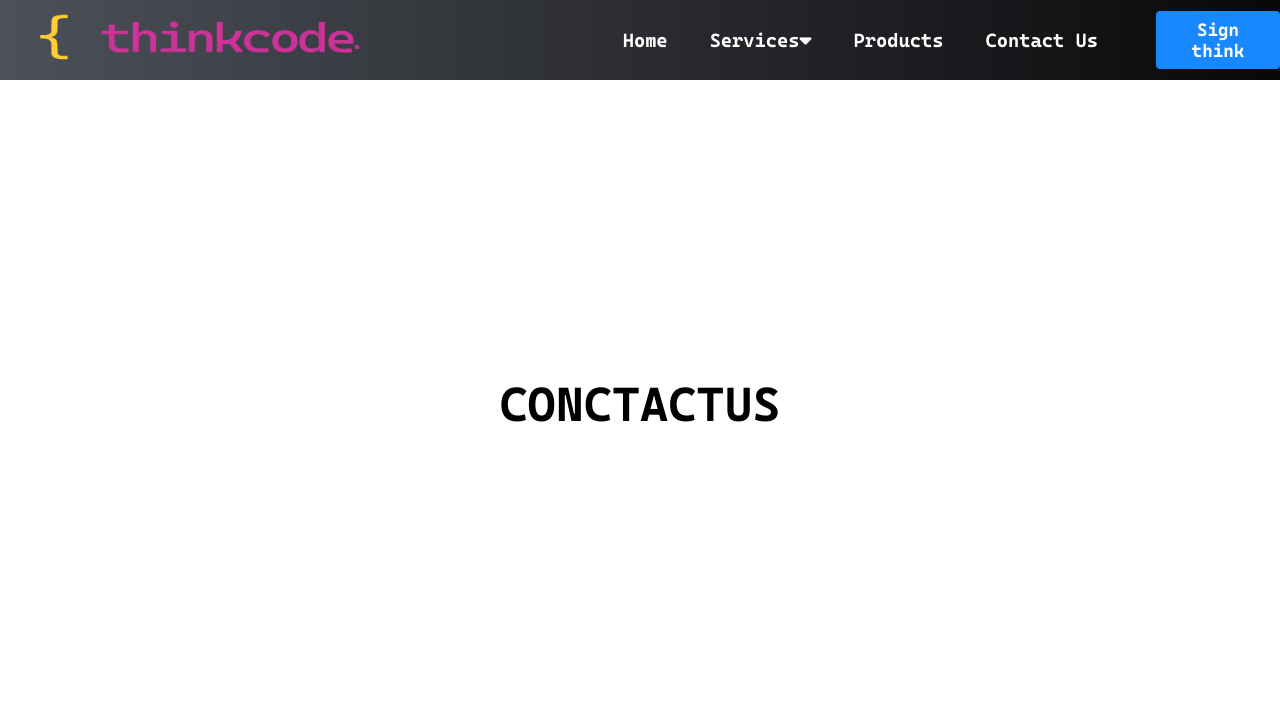
Repository: banchiec/thinkcode
Page: /contact-us
These files come from the project's save history. The page is drawn as it stood at one moment and after the next save; the edit follows.
The browser window is 1280 px wide. The pictures show the whole page.
Some web libraries are served in a nearby version. The project was rebuilt for these pictures with package versions that can differ from the ones it lists, and the page was loaded fresh each time. Also part of the build but not shown: src/components/MenuItems.js, src/components/Dropdownthink.css, src/components/Dropdownthink.js, src/components/pages/Consulting.js, src/components/pages/Home.js, src/components/pages/Marketing.js, src/components/pages/Products.js, src/components/pages/Services.js and 1 more.

Above is the page before, as saved 2020-11-25 13:56:12.

### public/index.html
<!DOCTYPE html>
<html lang="en">
  <head>
    <meta charset="utf-8" />
    <link rel="icon" href="%PUBLIC_URL%/favicon.ico" />
    <meta name="viewport" content="width=device-width, initial-scale=1" />
    <meta name="theme-color" content="#000000" />
    <meta
      name="description"
      content="Web site created using create-react-app"
    />
    <link rel="apple-touch-icon" href="%PUBLIC_URL%/logo192.png" />
    <script src="https://kit.fontawesome.com/e7a02c1b14.js" crossorigin="anonymous"></script>
    <!--
      manifest.json provides metadata used when your web app is installed on a
      user's mobile device or desktop. See https://developers.google.com/web/fundamentals/web-app-manifest/
    -->
    <link rel="manifest" href="%PUBLIC_URL%/manifest.json" />
    <!--
      Notice the use of %PUBLIC_URL% in the tags above.
      It will be replaced with the URL of the `public` folder during the build.
      Only files inside the `public` folder can be referenced from the HTML.

      Unlike "/favicon.ico" or "favicon.ico", "%PUBLIC_URL%/favicon.ico" will
      work correctly both with client-side routing and a non-root public URL.
      Learn how to configure a non-root public URL by running `npm run build`.
    -->
    <title>React App</title>
  </head>
  <body>
    <noscript>You need to enable JavaScript to run this app.</noscript>
    <div id="root"></div>
    <!--
      This HTML file is a template.
      If you open it directly in the browser, you will see an empty page.

      You can add webfonts, meta tags, or analytics to this file.
      The build step will place the bundled scripts into the <body> tag.

      To begin the development, run `npm start` or `yarn start`.
      To create a production bundle, use `npm run build` or `yarn build`.
    -->


  </body>
</html>

### src/index.css
body {
  margin: 0;
  font-family: -apple-system, BlinkMacSystemFont, 'Segoe UI', 'Roboto', 'Oxygen',
    'Ubuntu', 'Cantarell', 'Fira Sans', 'Droid Sans', 'Helvetica Neue',
    sans-serif;
  -webkit-font-smoothing: antialiased;
  -moz-osx-font-smoothing: grayscale;
}

code {
  font-family: source-code-pro, Menlo, Monaco, Consolas, 'Courier New',
    monospace;
}
@font-face{
  font-family: 'CascadiaCode-Bold';
  src: local('CascadiaCode-Bold'), url(./fonts/CascadiaCode-Bold.ttf)
}

### src/App.js
import './App.css';
// import logo_thinkcode from './logo_thinkcode.png'
import React, {useState} from 'react'
import Navbarthink from './components/Navbarthink'
import {BrowserRouter as Router, Switch, Route} from 'react-router-dom'

// import Button  from 'react-bootstrap/Button'
// import 'bootstrap/dist/css/bootstrap.min.css'

// import {Navbar,Button, Nav , NavLink} from 'react-bootstrap'

import Consulting from './components/pages/Consulting'
import ContactUs from './components/pages/ContactUs'
import Home from './components/pages/Home'
import Marketing from './components/pages/Marketing'
import Products from './components/pages/Products'
import Services from './components/pages/Services'
import SignUp from './components/pages/SignUp'

function App() {

  const [click, setClick] = useState(false)
  const [dropdown, setDropdown] = useState(false)




  return (
    <div className="App">
      <Router>
        <Navbarthink/>
        <Switch>
          <Route path='/consulting' exact component ={Consulting}></Route>
          <Route path='/contact-us' exact component ={ContactUs}></Route>
          <Route path='/' exact component ={Home}></Route>
          <Route path='/marketing' exact component ={Marketing}></Route>
          <Route path='/products' exact component ={Products}></Route>
          <Route path='/services' exact component ={Services}></Route>
          <Route path='/sign-up' exact component ={SignUp}></Route>
        </Switch>
      </Router>

      {/* <Navbar className="navbar_thinkcode "  expand="lg">
        <Navbar.Brand href ="#home">
          <img
            alt=""
            src={logo_thinkcode}
            className="d-inline-block align-top ml-4"
            width="320"
            height="50"
          />
        </Navbar.Brand>
        <Navbar.Toggle aria-controls="responsive-navbar-nav" ></Navbar.Toggle>

        <Navbar.Collapse id="responsive-navbar-nav" className="ml-5 ">
          <Nav className="collapse navbar-collapse">
            <NavLink className="enlace_navbar ">Páginas web</NavLink>
            <NavLink className="enlace_navbar">Desarrollo a medida</NavLink>
            <NavLink className="enlace_navbar">Portafolio</NavLink>
            <NavLink className="enlace_navbar">Contacto</NavLink>
          </Nav>
        </Navbar.Collapse>
        <Button variant="success">¿Hablamos?</Button>
      </Navbar> */}

      {/* <header className="App-header">
        <h1>thinkcode</h1>
        <Button>send up</Button>
      </header> */}
    </div>
  );
}

export default App;

### src/App.css
*{
  box-sizing: border-box;
  margin: 0;
  padding: 0;
  font-family: CascadiaCode-Bold;
}
.App {
  text-align: center;
}

.App-logo {
  height: 40vmin;
  pointer-events: none;
}

.home, .services, .products,.contact-us,.sign-up, .marketing, .consulting{
  display: flex;
  height: 90vh;
  align-items: center;
  justify-content: center;
  font-size: 3rem;
}





@media (prefers-reduced-motion: no-preference) {
  .App-logo {
    animation: App-logo-spin infinite 20s linear;
  }
}

.App-header {
  background-color: #282c34;
  min-height: 100vh;
  display: flex;
  flex-direction: column;
  align-items: center;
  justify-content: center;
  font-size: calc(10px + 2vmin);
  color: white;
}

.App-link {
  color: #61dafb;
}

@keyframes App-logo-spin {
  from {
    transform: rotate(0deg);
  }
  to {
    transform: rotate(360deg);
  }
}

### src/components/Navbarthink.js
import React, { useState} from 'react'
import logo_thinkcode from '../images/logo_thinkcode.png'
// import logo_thinkcode from '../images/logo_thinkcode.png'
import { Buttonthink} from './Buttonthink'
import {Link} from 'react-router-dom'
import './Navbarthink.css'
import Dropdownthink from './Dropdownthink'

export default function Navbarthink(){
    const [click, setClick] = useState(false)
    const [dropdown, setDropdown] = useState(false)

    const handleClick = () => setClick(!click)
    const closeMobileMenu = () => setClick(false)

    const onMouseEnter = () =>{
        if(window.innerWidth < 960) {
        setDropdown(false)
        } else {
        setDropdown(true)
        }
    }
    const onMouseLeave = () =>{
        if(window.innerWidth < 960) {
        setDropdown(false)
        } else {
        setDropdown(false)
        }
    }

    return(
        <>
            <nav className="navbarthink">
                <Link to='/' className="navbar-logo">
                    {/* thinkcode */}
                    <img alt="" src={logo_thinkcode} width="320" height="50"></img>
                </Link>
                <div className='menu-icon' onClick={handleClick}>
                    <i className={click ? 'fas fa-times' : 'fas fa-bars'}
                    />
                </div>
                <ul className={ click ? 'nav-menu active' : 'nav-menu'}>

                    <li className='nav-item'>
                        <Link to='/' className='nav-links' onClick={closeMobileMenu}>
                            Home
                        </Link>
                    </li>
                    <li className='nav-item'
                        onMouseEnter={onMouseEnter}
                        onMouseLeave={onMouseLeave}
                        // onClick={handleClick}
                        >
                        <Link to='/services' className='nav-links' onClick={closeMobileMenu}>
                           Services
                           <i className='fas fa-caret-down' />
                        </Link>
                        {dropdown && <Dropdownthink/>}
                    </li>
                    <li className='nav-item'>
                        <Link to='/products' className='nav-links' onClick={closeMobileMenu}>
                            Products
                        </Link>
                    </li>
                    <li className='nav-item'>
                        <Link to='/contact-us' className='nav-links' onClick={closeMobileMenu}>
                           Contact Us
                        </Link>
                    </li>
                    <li className='nav-item'>
                        <Link to='/sign-up' className='nav-links-mobile' onClick={closeMobileMenu}>
                           Sign up
                        </Link>
                    </li>

                </ul>
                <Buttonthink/>
            </nav>
        </>
    )

}

### src/components/pages/ContactUs.js
import React from 'react'

export default function ContactUs() {
    return (
        <div>
           <h1 className='consulting'>CONCTACTUS</h1>
        </div>
    )
}

### src/components/Buttonthink.js
import React  from 'react'
import './Buttonthink.css'
import {Link} from 'react-router-dom'

export function Buttonthink() {
        return (
            <Link to ='sing-up'>
               <button className='btnthink'>Sign think </button>
            </Link>
        )
}

### src/components/Navbarthink.css
.navbarthink{
  background: linear-gradient(90deg, rgb(76, 80, 88) 0%, rgb(8, 8, 9) 100%);
  height: 80px;
  display: flex;
  justify-content: center;
  align-items: center;
  font-size: 1.2rem;
}

.navbar-logo {
  color: #fff;
  justify-self: start;
  margin-left: 40px;
  cursor: pointer;
  text-decoration: none;
}

.fa-firstdraft {
  margin-left: 0.5rem;
  font-size: 1.6rem;
}

.nav-menu {
  display: grid;
  grid-template-columns: repeat(5, auto);
  grid-gap: 10px;
  list-style: none;
  text-align: center;
  width: 70vw;
  justify-content: end;
  margin-right: 2rem;
}

.nav-item {
  display: flex;
  align-items: center;
  height: 80px;
}

.nav-links {
  color: white;
  text-decoration: none;
  padding: 0.5rem 1rem;
}

.nav-links:hover {
  background-color: #1888ff;
  border-radius: 4px;
  transition: all 0.2s ease-out;
}

.fa-bars {
  color: #fff;
}

.nav-links-mobile {
  display: none;
}

.menu-icon {
  display: none;
}

@media screen and (max-width: 960px) {
  .NavbarItems {
    position: relative;
  }

  .nav-menu {
    display: flex;
    flex-direction: column;
    width: 100%;
    height: 90vh;
    position: absolute;
    top: 80px;
    left: -100%;
    opacity: 1;
    transition: all 0.9s ease;
  }

  .nav-menu.active {
    background: #2a2c30;
    left: 0;
    opacity: 1;
    transition: all 0.5s ease;
    z-index: 1;
  }

  .nav-links {
    text-align: center;
    padding: 2rem;
    width: 100%;
    display: table;
  }

  .nav-links:hover {
    background-color: #1888ff;
    border-radius: 0;
  }

  .navbar-logo {
    position: absolute;
    top: 0;
    left: 0;
    transform: translate(25%, 50%);
  }

  .menu-icon {
    display: block;
    position: absolute;
    top: 0;
    right: 0;
    transform: translate(-100%, 60%);
    font-size: 1.8rem;
    cursor: pointer;
  }

  .fa-times {
    color: #fff;
    font-size: 2rem;
  }

  .nav-links-mobile {
    display: block;
    text-align: center;
    padding: 1.5rem;
    margin: 2rem auto;
    border-radius: 4px;
    width: 80%;
    background: #1888ff;
    text-decoration: none;
    color: #fff;
    font-size: 1.5rem;
  }

  .nav-links-mobile:hover {
    background: #fff;
    color: #1888ff;
    transition: 250ms;
  }

  button {
    display: none;
  }
}

### src/components/Buttonthink.css
:root{
    --primary: #1888ff;
}
.btnthink{
    padding: 8px 20px;
    border-radius: 4px;
    outline: none;
    border: none;
    font-size: 18px;
    color: #fff;
    cursor: pointer;
    background-color: var(--primary);
}
.btnthink:hover {
    padding: 6px 18px;
    transition: all 0.3s ease-out;
    background-color: transparent;
    color: #fff;
    border-radius: 4px;
    border: 2px solid var(--primary)
}

Loaded but not shown: src/index.js (common file); src/reportWebVitals.js (common file)

After the next save:
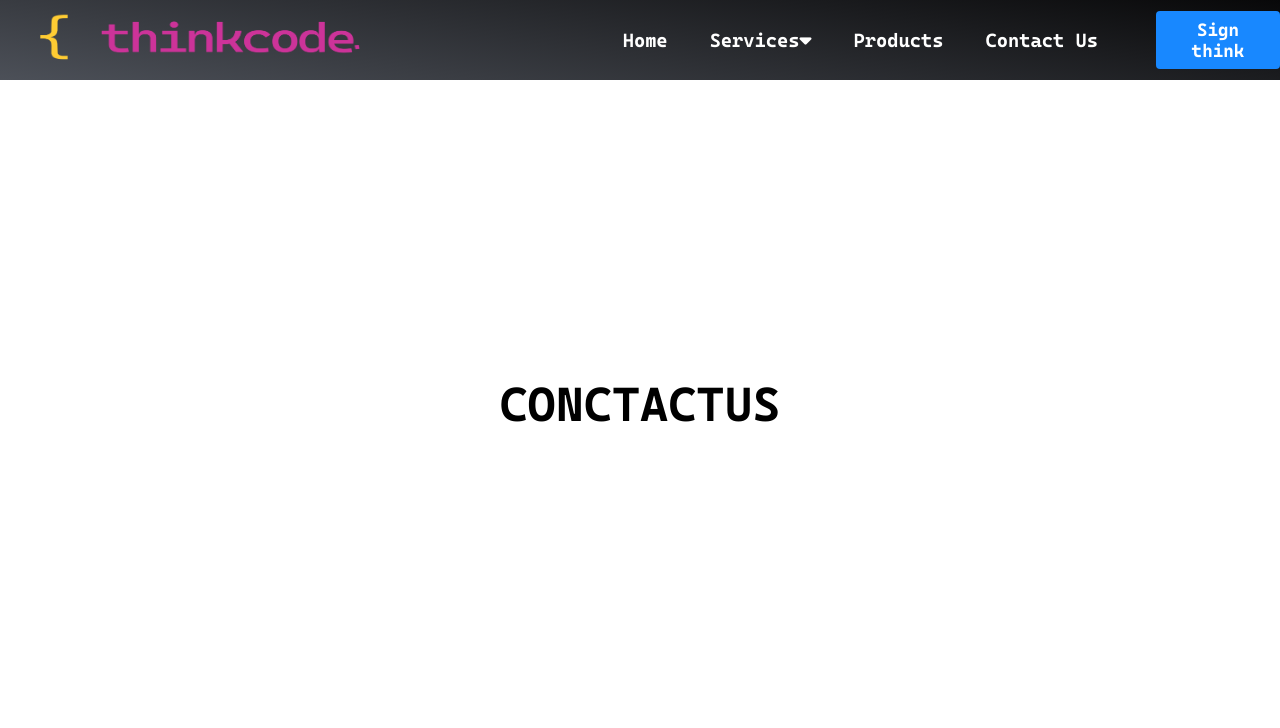
Saved 17 s later.
--- a/src/components/Navbarthink.css
+++ b/src/components/Navbarthink.css
@@ -1,5 +1,5 @@
 .navbarthink{
-  background: linear-gradient(90deg, rgb(76, 80, 88) 0%, rgb(8, 8, 9) 100%);
+  background: linear-gradient(9deg, rgb(76, 80, 88) 0%, rgb(8, 8, 9) 100%);
   height: 80px;
   display: flex;
   justify-content: center;

After the save that followed:
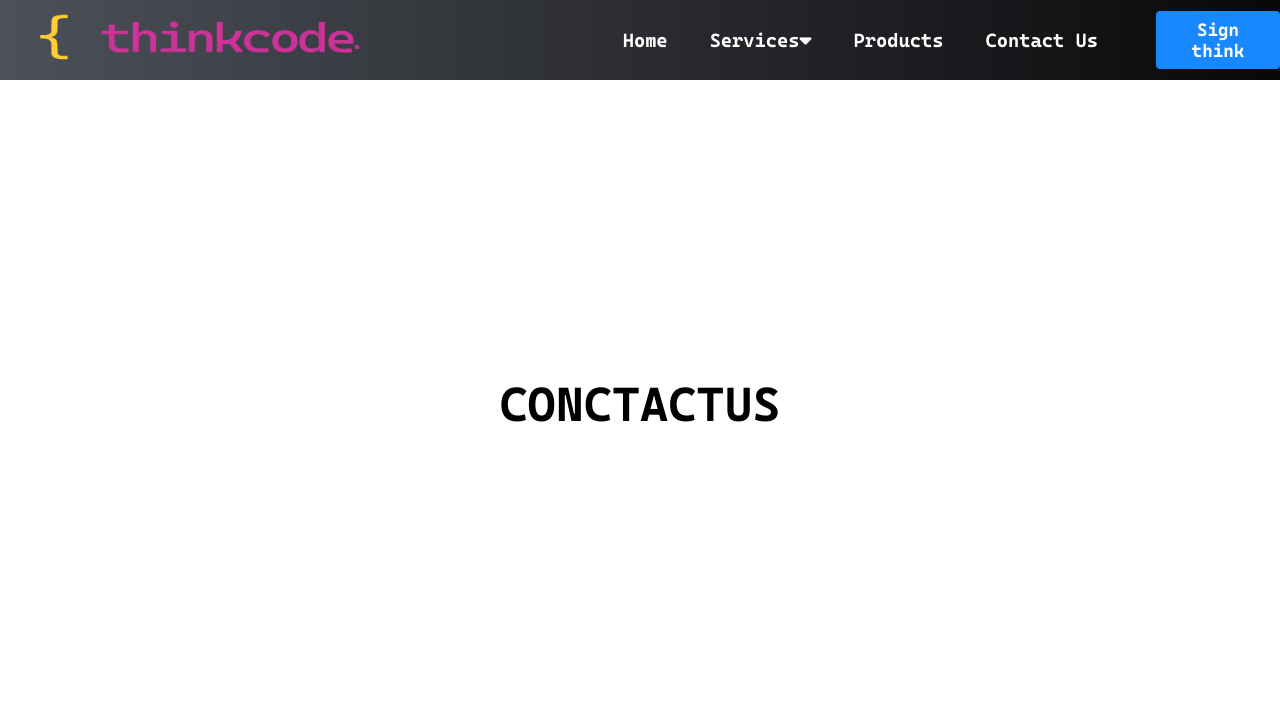
Saved 5 s later.
--- a/src/components/Navbarthink.css
+++ b/src/components/Navbarthink.css
@@ -1,5 +1,5 @@
 .navbarthink{
-  background: linear-gradient(9deg, rgb(76, 80, 88) 0%, rgb(8, 8, 9) 100%);
+  background: linear-gradient(90deg, rgb(76, 80, 88) 0%, rgb(8, 8, 9) 100%);
   height: 80px;
   display: flex;
   justify-content: center;
